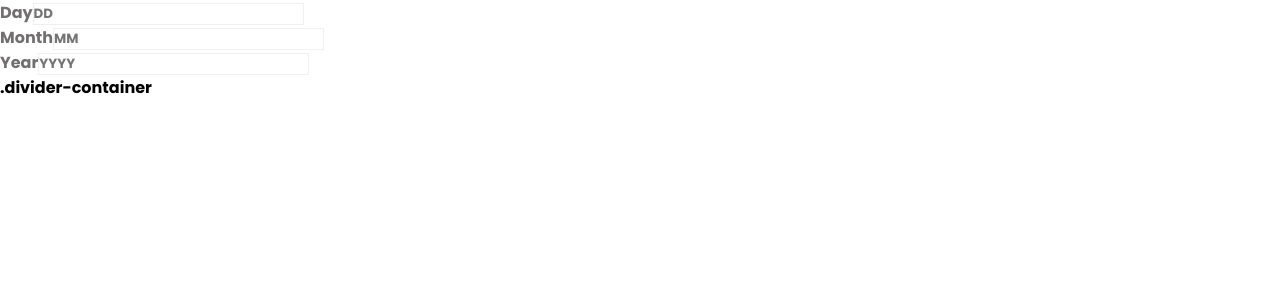
Repository: blordeus/age-calculator-app
Page: /
An editor plug-in stored every save of this project. The page is shown before and after the next save, followed by the edit.
The browser window is 1280 px wide. The pictures show the whole page.
The project was rebuilt for these pictures with package versions that can differ from the ones it lists, and the page was loaded fresh each time.

Above is the page before, as saved 2023-08-23 15:15:15.

### src/App.js
 import { useState } from "react";
 import "./style.css";

const App = () => {
  const [formData, setFormData] = useState({
    day: "",
    month: "",
    year: "",
  });

  const [formErrors, setFormErrors] = useState({
    day: "",
    month: "",
    year: "",
    generic: "",
  });

  const [output, setOutput] = useState({
    days: "",
    months: "",
    years: "",
  });

  const hasErrors = formErrors.day || formErrors.month || formErrors.year || formErrors.generic;

  return (
    <div className="card-container">
      <div className="inputs-container">
      <div className="input-label-container">
        <label htmlFor="day" style={{
          color: hasErrors ? "hsl(0,100%,67%)" : "hsl(0,1%,44%)",
        }}>Day</label>
        <input
        type="number"
        id="day"
        placeholder="DD"
        min={1}
        value={formData.day}
        style={{
          border: hasErrors
          ? '1px solid hsl(0,100%,67%)'
          : '1px solid hsl(0,0%,94%)'
        }}
        onChange={(e) =>
        setFormData((prevState) => ({...prevState, day:e.target.value}))}
        />
        {formErrors.day && <p className="error">{formErrors.day}</p>}
      </div>

      <div className="input-label-container">
        <label htmlFor="month" style={{
          color: hasErrors ? "hsl(0,100%,67%)" : "hsl(0,1%,44%)",
        }}>Month</label>
        <input
        type="number"
        id="day"
        placeholder="MM"
        min={1}
        value={formData.month}
        style={{
          border: hasErrors
          ? '1px solid hsl(0,100%,67%)'
          : '1px solid hsl(0,0%,94%)'
        }}
        onChange={(e) =>
        setFormData((prevState) => ({...prevState, month:e.target.value}))}
        />
        {formErrors.month && <p className="error">{formErrors.month}</p>}
      </div>

      <div className="input-label-container">
        <label htmlFor="year" style={{
          color: hasErrors ? "hsl(0,100%,67%)" : "hsl(0,1%,44%)",
        }}>Year</label>
        <input
        type="number"
        id="year"
        placeholder="YYYY"
        min={1}
        value={formData.year}
        style={{
          border: hasErrors
          ? '1px solid hsl(0,100%,67%)'
          : '1px solid hsl(0,0%,94%)'
        }}
        onChange={(e) =>
        setFormData((prevState) => ({...prevState, year:e.target.value}))}
        />
        {formErrors.year && <p className="error">{formErrors.year}</p>}
      </div>
    </div>

    {formErrors.generic && (
      <p className="error generic">{formErrors.generic}</p>
    )}

    .divider-container
    </div>
  );
};

export default App;

### src/style.css
@import url("https://fonts.googleapis.com/css2?family=Poppins:ital,wght@0,700;1,400;1,800&display=swap");

* {
  box-sizing: border-box;
  margin: 0;
  padding: 0;
  font-family: "Poppins", sans-serif;
}

:root {
  --Purple: hsl(259, 100%, 65%);
  --Light-red: hsl(0, 100%, 67%);
  --White: hsl(0, 0%, 100%);
  --Off-white: hsl(0, 0%, 94%);
  --Light-grey: hsl(0, 0%, 86%);
  --Smokey-grey: hsl(0, 1%, 44%);
  --Off-black: hsl(0, 0%, 8%);
}

Loaded but not shown: src/index.js (common file)

After the next save:
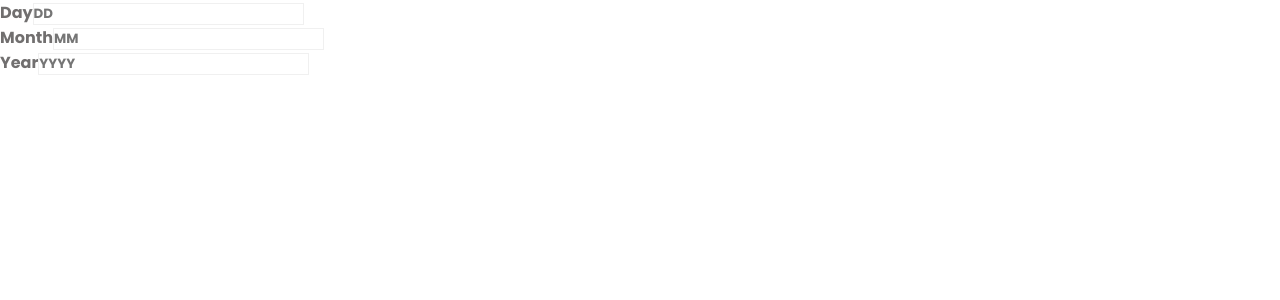
Saved 7 s later.
--- a/src/App.js
+++ b/src/App.js
@@ -94,7 +94,7 @@ const App = () => {
       <p className="error generic">{formErrors.generic}</p>
     )}
 
-    .divider-container
+
     </div>
   );
 };
